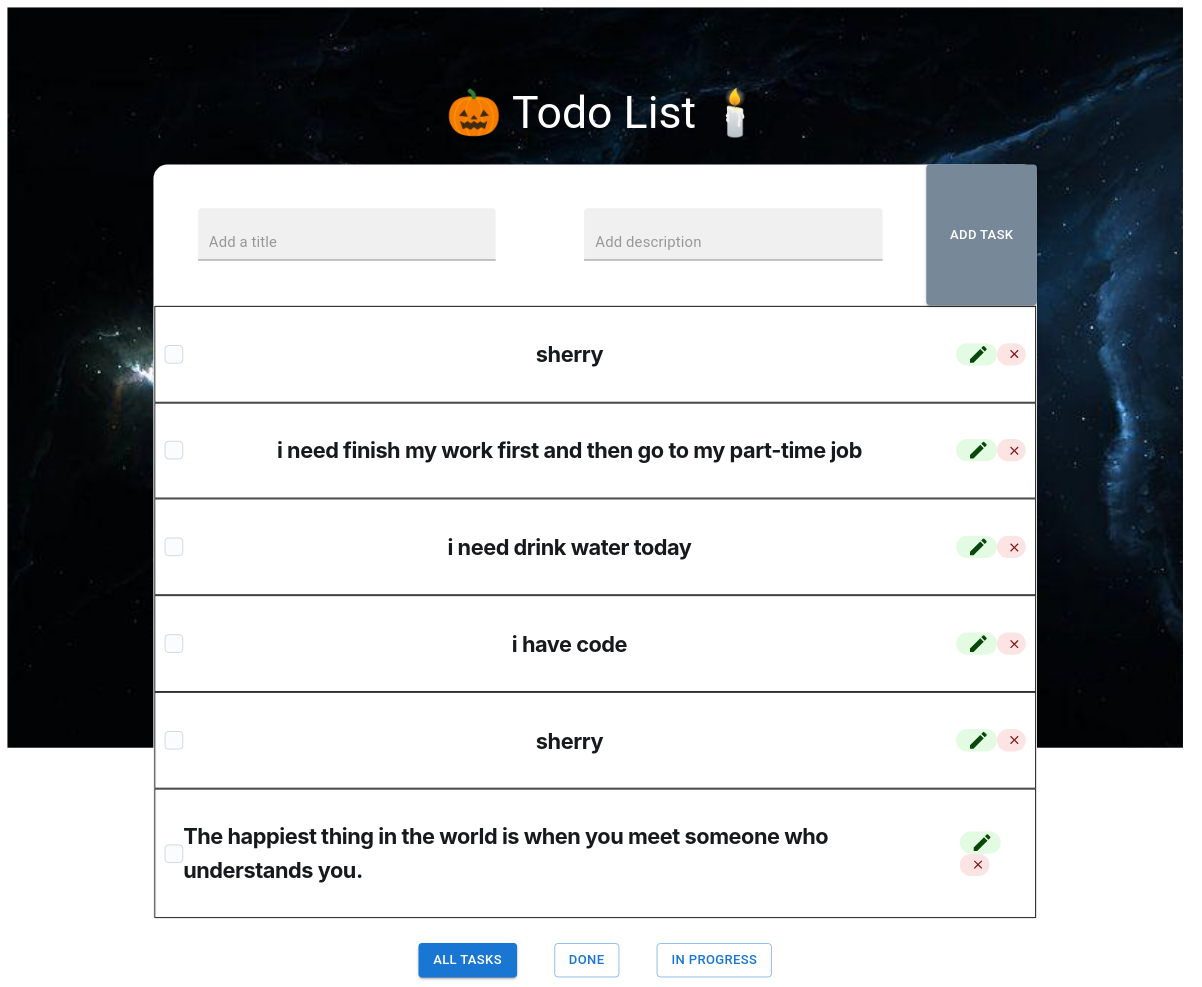
Repository: Tracy-maker/TodoList
Page: /
An editor plug-in stored every save of this project. The page is shown before and after the next save, followed by the edit.
The browser window is 1280 px wide. The page is 1292 px wide, so the pictures cover 1292 px, including what lies to the right of the window. The pictures show the whole page, at 93% of full size.
The project was rebuilt for these pictures with package versions that can differ from the ones it lists, and the page was loaded fresh each time. Requests to the local data server were answered from the project's data file. Also part of the build but not shown: src/components/TaskEdit.js.

Above is the page before, as saved 2023-09-20 12:06:44.

### public/index.html
<!DOCTYPE html>
<html lang="en">
  <head>
    <meta charset="utf-8" />
    <link rel="icon" href="%PUBLIC_URL%/favicon.ico" />
    <meta name="viewport" content="width=device-width, initial-scale=1" />
    <meta name="theme-color" content="#000000" />
    <meta
      name="description"
      content="Web site created using create-react-app"
    />
    <link rel="apple-touch-icon" href="%PUBLIC_URL%/logo192.png" />
    <!--
      manifest.json provides metadata used when your web app is installed on a
      user's mobile device or desktop. See https://developers.google.com/web/fundamentals/web-app-manifest/
    -->
    <link rel="manifest" href="%PUBLIC_URL%/manifest.json" />
    <link href="https://fonts.googleapis.com/css2?family=Montserrat:wght@300;400;500&amp;display=swap" rel="stylesheet">
    <!--
      Notice the use of %PUBLIC_URL% in the tags above.
      It will be replaced with the URL of the `public` folder during the build.
      Only files inside the `public` folder can be referenced from the HTML.

      Unlike "/favicon.ico" or "favicon.ico", "%PUBLIC_URL%/favicon.ico" will
      work correctly both with client-side routing and a non-root public URL.
      Learn how to configure a non-root public URL by running `npm run build`.
    -->
    <title>React App</title>
  </head>
  <body>
    <noscript>You need to enable JavaScript to run this app.</noscript>
    <div id="root"></div>
    <!--
      This HTML file is a template.
      If you open it directly in the browser, you will see an empty page.

      You can add webfonts, meta tags, or analytics to this file.
      The build step will place the bundled scripts into the <body> tag.

      To begin the development, run `npm start` or `yarn start`.
      To create a production bundle, use `npm run build` or `yarn build`.
    -->
  </body>
</html>

### src/App.js
import { useState, useEffect } from "react";
import axios from "axios";
import CreateTask from "./components/CreateTask";
import TaskList from "./components/TaskList";
import { Box, Stack } from "@mui/material";
import styled from "styled-components";
import Typography from "@mui/material/Typography";
import TaskButton from "./components/TaskButton";
import Image1 from "./image/7.jpg";

const StyledContainer = styled(Stack)`
  height: 100vh;
  width: 100%;
  display: flex;
  align-items: stretch;
  padding-top: 6%;
  background-image: url(${Image1});
  background-size: cover;
  background-repeat: no-repeat;
`;

const TaskForm = styled(Box)`
  margin-left: auto;
  margin-right: auto;
  width: 950px;
  background-color: white;
  border-radius: 15px;
  @media (max-width: 768px) {
    width: 100%;
  }
`;
const Title = styled(Typography)`
  color: white;
  margin: auto;
  width: 100%;
  padding: 10px;
  text-align: center;
`;

function App() {
  const [tasks, setTasks] = useState([]);
  const [filter, setFilter] = useState("all");

  const fetchTask = async () => {
    const response = await axios.get("http://localhost:3001/tasks");
    setTasks(response.data);
  };

  useEffect(() => {
    fetchTask();
  }, []);

  const createTask = async (title) => {
    const response = await axios.post("http://localhost:3001/tasks", {
      title,
      status: "inProgress",
    });
    const updatedTasks = [...tasks, response.data];
    setTasks(updatedTasks);
  };

  const deleteTasksById = async (id) => {
    await axios.delete(`http://localhost:3001/tasks/${id}`);
    const updatedTasks = tasks.filter((task) => {
      return task.id !== id;
    });
    setTasks(updatedTasks);
  };

  const editTaskById = async (id, newTitle) => {
    const response = await axios.put(`http://localhost:3001/tasks/${id}`, {
      title: newTitle,
    });

    const updatedTasks = tasks.map((task) => {
      if (task.id === id) {
        return {
          ...task,
          ...response.data,
        };
      }
      return tasks;
    });
    setTasks(updatedTasks);
  };

  const handleFilterTasks = (filter) => {
    setFilter(filter);
  };

  let filteredTasks = tasks;
  if (filter !== "all") {
    filteredTasks = tasks.filter((task) => task.status === filter);
  }

  const toggleCheckedBoxById = (id) => {
    const updatedTasks = tasks.map((task) => {
      if (task.id === id) {
        let nextStatus;
        if (task.status === "done") {
          nextStatus = "inProgress";
        } else {
          nextStatus = "done";
        }
        return {
          ...task,
          status: nextStatus,
        };
      }
      return task;
    });
    setTasks(updatedTasks);
  };

  return (
    <StyledContainer>
      <Title variant="h3" gutterBottom>
        🎃 Todo List 🕯️
      </Title>
      <TaskForm>
        <CreateTask onCreate={createTask} />
        <TaskList
          toggleCheckedBoxById={toggleCheckedBoxById}
          tasks={filteredTasks}
          onDelete={deleteTasksById}
          onEdit={editTaskById}
        />
        <TaskButton defaultValue={filter} onFilterChange={handleFilterTasks} />
      </TaskForm>
    </StyledContainer>
  );
}
export default App;

### src/components/CreateTask.js
import * as React from "react";
import Stack from "@mui/material/Stack";
import TextField from "@mui/material/TextField";
import Button from "@mui/material/Button";
import { useState } from "react";
import { styled } from "@mui/material";

const Input = styled(TextField)`
  padding: 5%;
  width: 65%;
`;

function CreateTask(props) {
  const [title, setTitle] = useState("");

  const handleChange = (event) => {
    setTitle(event.target.value);
  };

  const handleSubmit = (event) => {
    event.preventDefault();
    if (title.trim() !== "") {
      props.onCreate(title);
      setTitle("");
    }
  };

  return (
    <Stack onSubmit={handleSubmit} component="form" direction="row">
      <Input
        value={title}
        onChange={handleChange}
        placeholder="Add a title"
        variant="filled"
      />
      <Input
        value={title}
        onChange={handleChange}
        placeholder="Add description"
        variant="filled"
      />
      <Button
        sx={{
          width: "25ch",
          backgroundColor: "#778899",
        }}
        type="submit"
        variant="contained"
      >
        Add Task
      </Button>
    </Stack>
  );
}

export default CreateTask;

### src/components/TaskList.js
import * as React from "react";
import { Paper, Box } from "@mui/material";
import TaskShow from "./TaskShow";



function TaskList(props) {

  const renderedTasksList = props.tasks.map((task) => {
    return (
      <TaskShow
        key={task.id}
        task={task}
        onDelete={props.onDelete}
        onEdit={props.onEdit}
        toggleCheckedBoxById={props.toggleCheckedBoxById}
      />
    );
  });

  return (
    <Box mb={2}>
      <Paper variant="outlined">{renderedTasksList}</Paper>
    </Box>
  );
}
export default TaskList;

### src/components/TaskButton.js
import * as React from "react";
import { Box, Button } from "@mui/material";
import styled from "styled-components";

const ButtonNavigationBar = styled(Box)`
  display: flex;
  justify-content: center;
  gap: 40px;
  padding: 10px;
`;

function TaskButton(props) {
  return (
    <ButtonNavigationBar>
      <Button
        variant={props.defaultValue === "all" ? "contained" : "outlined"}
        onClick={() => props.onFilterChange("all")}
      >
        All Tasks
      </Button>
      <Button
        variant={props.defaultValue === "done" ? "contained" : "outlined"}
        onClick={() => props.onFilterChange("done")}
      >
        Done
      </Button>
      <Button
        variant={props.defaultValue === "inProgress" ? "contained" : "outlined"}
        onClick={() => props.onFilterChange("inProgress")}
      >
        In Progress
      </Button>
    </ButtonNavigationBar>
  );
}
export default TaskButton;

### src/components/TaskShow.js
import * as React from "react";
import { useState } from "react";
import Typography from "@mui/joy/Typography";
import Checkbox from "@mui/joy/Checkbox";
import Chip from "@mui/joy/Chip";
import ChipDelete from "@mui/joy/ChipDelete";
import styled from "styled-components";
import { Box } from "@mui/material";
import EditIcon from "@mui/icons-material/Edit";
import TaskEdit from "./TaskEdit";

const TaskItem = styled(Box)`
  display: flex;
  justify-content: space-between;
  align-items: center;
  padding: 10px;
  border-style: solid;
  border-width: 1px;
`;

const Title = styled(Typography)`
  text-decoration: ${({ isDeleted }) => (isDeleted ? "line-through" : "none")};
`;

function TaskShow(props) {
  const [showEdit, setShowEdit] = useState(false);

  const handleEdit = () => {
    setShowEdit(!showEdit);
  };

  const handleSubmit = (id, newTitle) => {
    setShowEdit(false);
    props.onEdit(id, newTitle);
  };

  let content = <h3>{props.task.title}</h3>;
  if (showEdit) {
    content = <TaskEdit onSubmit={handleSubmit} task={props.task} />;
  }

  const handleDelete = () => {
    props.onDelete(props.task.id);
  };

  const handleCheckboxChange = () => {
    props.toggleCheckedBoxById(props.task.id);
  };

  return (
    <TaskItem>
      <Checkbox
        checked={props.task.status === "done"}
        onChange={handleCheckboxChange}
      />
      <Title isDeleted={props.task.status === "done"} level="h4">
        {content}
      </Title>
      <Box>
        <Chip
          variant="soft"
          color="success"
          onClick={handleEdit}
          endDecorator={<EditIcon />}
        />

        <Chip
          variant="soft"
          color="danger"
          endDecorator={<ChipDelete onClick={handleDelete} />}
        />
      </Box>
    </TaskItem>
  );
}

export default TaskShow;

### db.json
{
  "tasks": [
    {
      "title": "sherry",
      "status": "inProgress",
      "id": 1
    },
    {
      "title": "i need finish my work first and then go to my part-time job",
      "status": "inProgress",
      "id": 2
    },
    {
      "title": "i need drink water today",
      "status": "inProgress",
      "id": 3
    },
    {
      "title": "i have code",
      "status": "inProgress",
      "id": 4
    },
    {
      "title": "sherry",
      "status": "inProgress",
      "id": 5
    },
    {
      "title": "The happiest thing in the world is when you meet someone who understands you.",
      "status": "inProgress",
      "id": 6
    }
  ]
}

Loaded but not shown: src/index.js (common file)

After the next save:
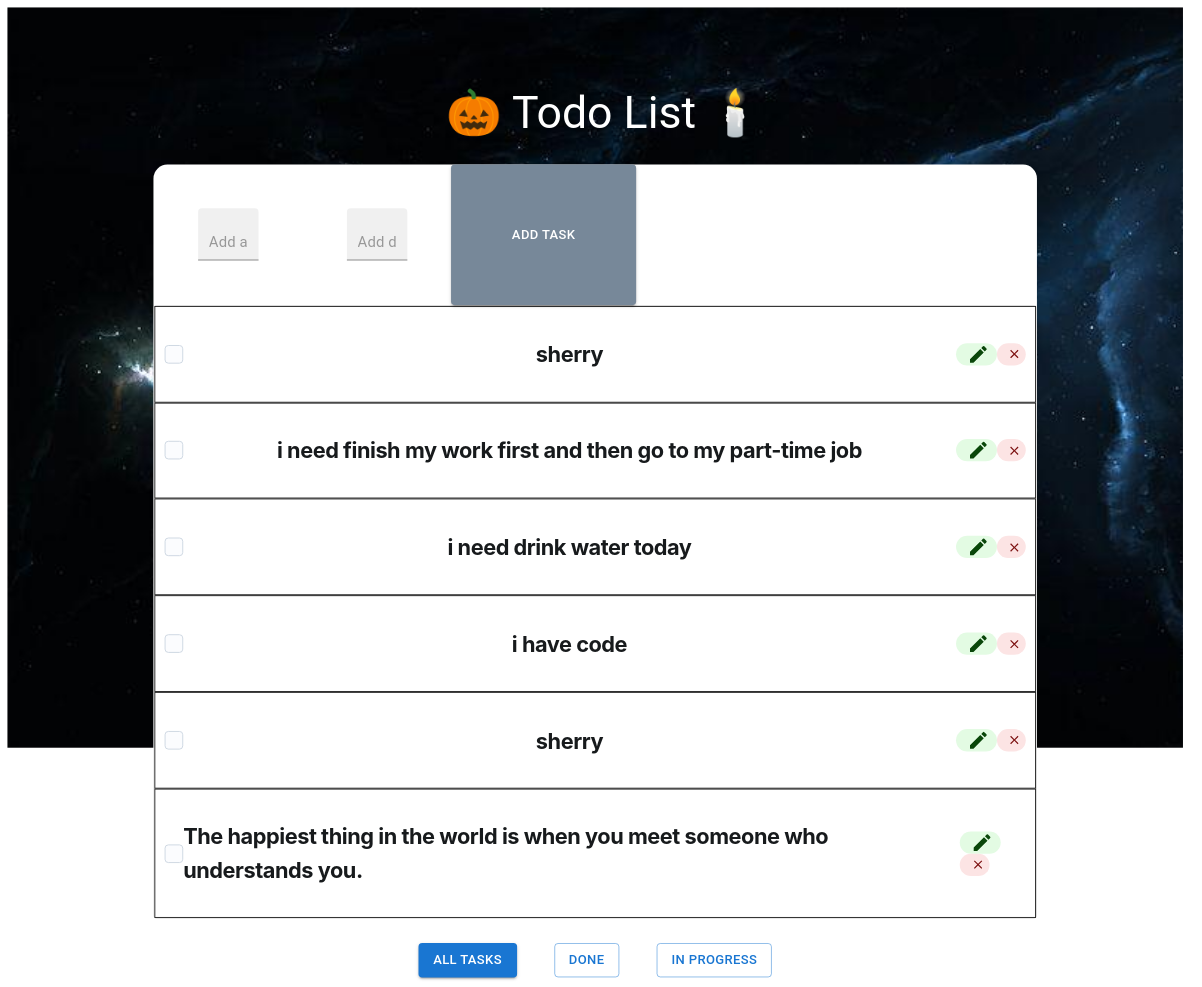
Saved 37 s later.
--- a/src/components/CreateTask.js
+++ b/src/components/CreateTask.js
@@ -7,7 +7,7 @@
 
 const Input = styled(TextField)`
   padding: 5%;
-  width: 65%;
+  width: 65px;
 `;
 
 function CreateTask(props) {

After the save that followed:
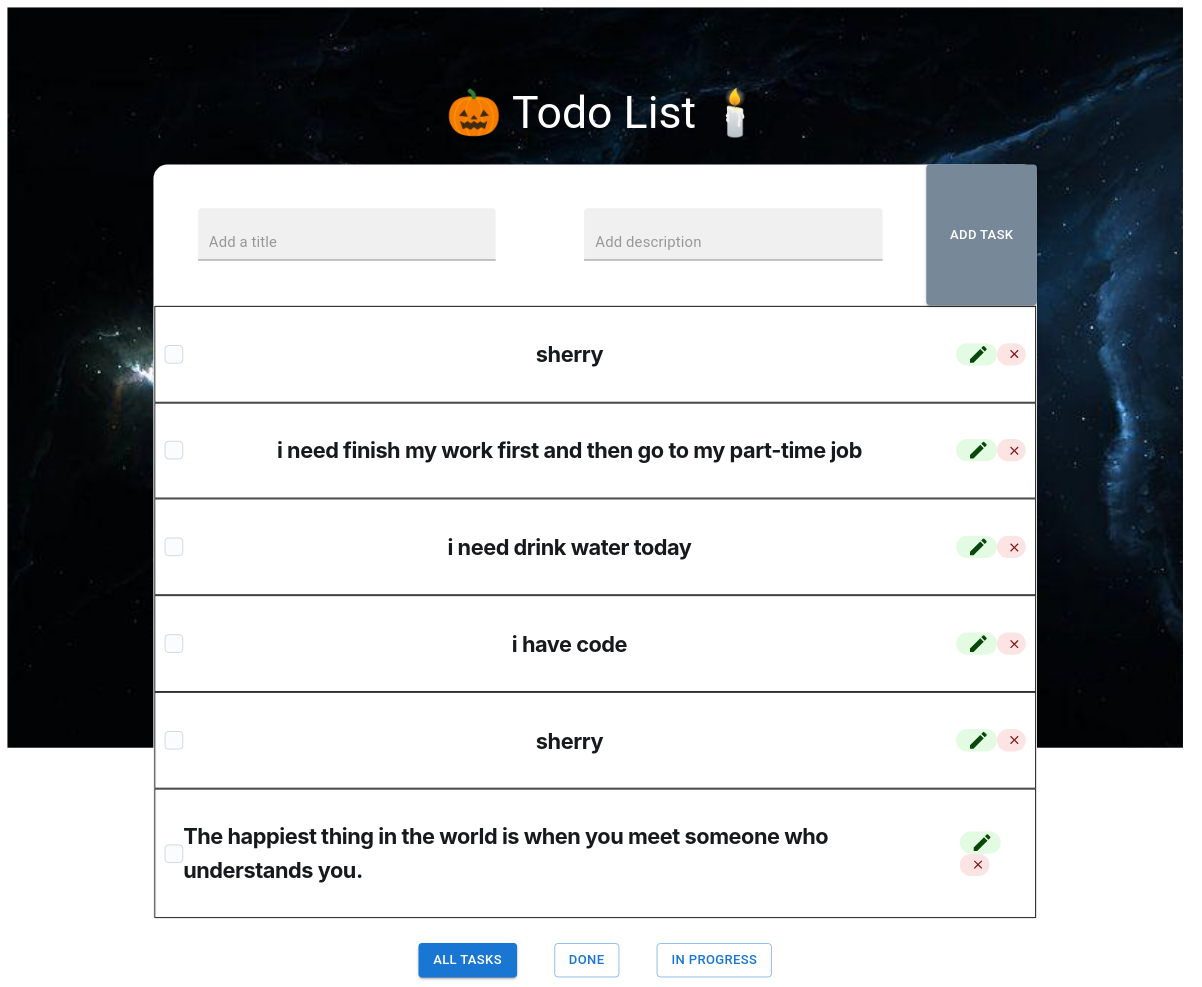
Saved 13 s later.
--- a/src/components/CreateTask.js
+++ b/src/components/CreateTask.js
@@ -7,7 +7,7 @@
 
 const Input = styled(TextField)`
   padding: 5%;
-  width: 65px;
+  width: 65%;
 `;
 
 function CreateTask(props) {
